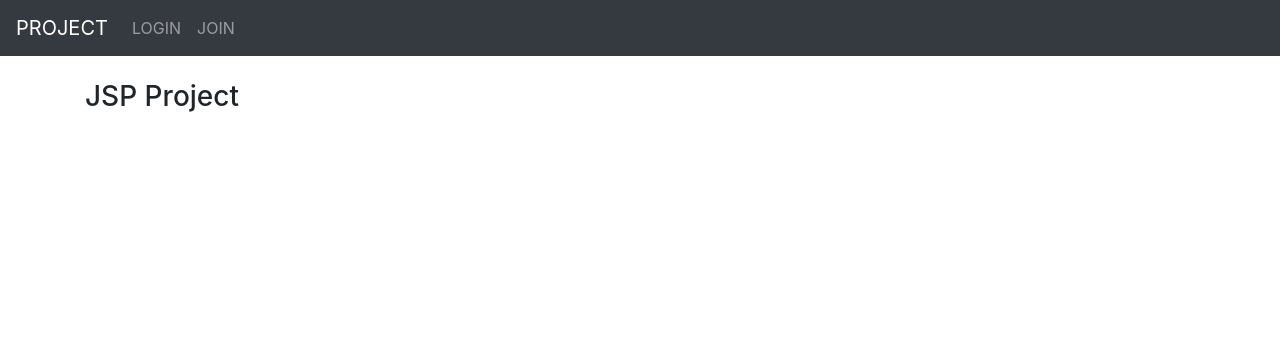
Repository: KuTaeMo/JSP-Project
Page: http://localhost/project/
The author's editor kept a copy of each file at every save. The page is drawn from the files as they stood at one save, then again after a run of saves.
The browser window is 1280 px wide. The pictures show the whole page.
The page is served by Tomcat 9.

Above is the page before, as saved 2021-01-12 02:46:53.

After the next 3 saves:
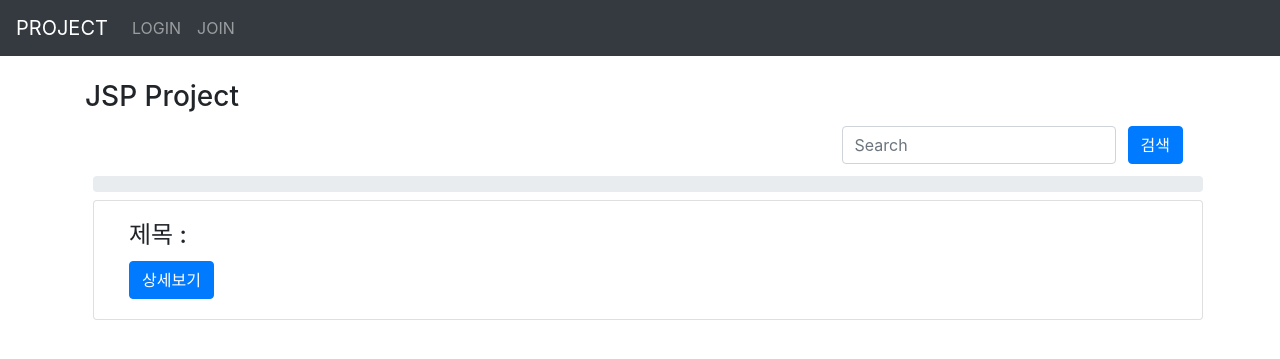
The 3 saves are shown as one change because 2 did not build or start.
The last was saved 6 min 16 s later.
--- a/project/WebContent/board/userList.jsp
+++ b/project/WebContent/board/userList.jsp
@@ -1,13 +1,34 @@
-<%@ page language="java" contentType="text/html; charset=EUC-KR"
-    pageEncoding="EUC-KR"%>
+<%@page import="java.util.List"%>
+<%@page import="java.util.ArrayList"%>
+<%@ page language="java" contentType="text/html; charset=UTF-8"
+	pageEncoding="UTF-8"%>
+
 <%@ include file="../layout/header.jsp"%>
-<!DOCTYPE html>
-<html>
-<head>
-<meta charset="EUC-KR">
-<title>Insert title here</title>
-</head>
-<body>
 
-</body>
-</html>
+<div class="container">
+
+	<div class="m-2">
+		<form class="form-inline d-flex justify-content-end"
+			action="/blog/board">
+			<input type="hidden" name="cmd" value="search" /> <input
+				type="hidden" name="page" value="0" /> <input type="text"
+				name="keyword" class="form-control mr-sm-2" placeholder="Search">
+			<button class="btn btn-primary m-1">검색</button>
+
+		</form>
+	</div>
+
+	<div class="progress col-md-12 m-2">
+		<div class="progress-bar" style="width: ${currentPosition}%"></div>
+	</div>
+
+	<!-- JSTL foreach문을 써서 뿌리세요. el표현식과 함께 -->
+
+	<c:forEach var="board" items="${boards}">
+		<div class="card col-md-12 m-2">
+			<div class="card-body">
+				<h4 class="card-title">제목 : ${board.title}</h4>
+				<a href="/blog/board?cmd=detail&id=${board.id}" class="btn btn-primary">상세보기</a>
+			</div>
+		</div>
+	</c:forEach>
